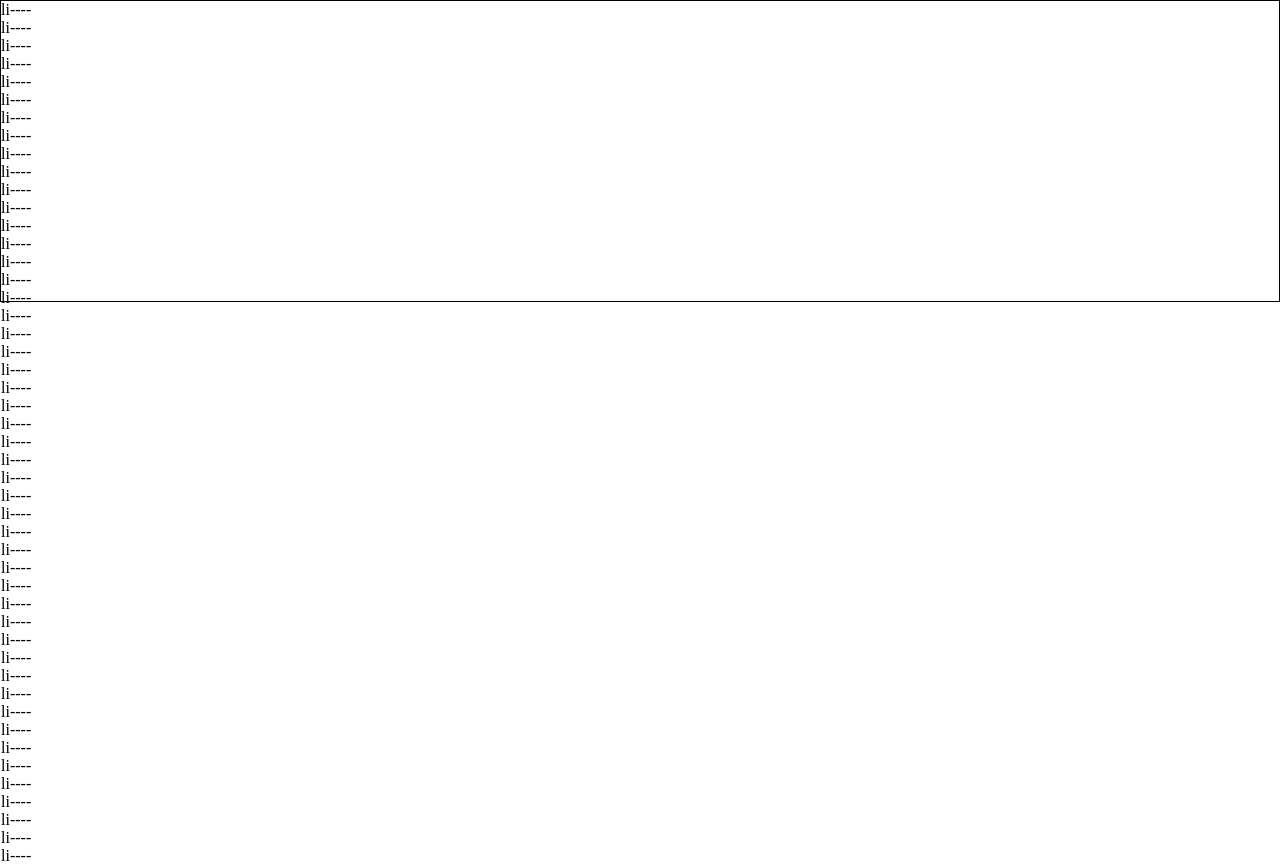
Repository: qirong77/milk-editor
Page: src/renderer/src/common/scroll.html
These files come from the project's save history. The page is drawn as it stood at one moment and after the next save; the edit follows.
The browser window is 1280 px wide. The pictures show the whole page.

Above is the page before, as saved 2022-10-23 03:15:25.

### src/renderer/src/common/scroll.html
<!DOCTYPE html>
<html lang="en">
  <head>
    <meta charset="UTF-8" />
    <meta http-equiv="X-UA-Compatible" content="IE=edge" />
    <meta name="viewport" content="width=device-width, initial-scale=1.0" />
    <title>Document</title>
  </head>
  <style>
    * {
      margin: 0;
      padding: 0;
    }
    ul {
      height: 300px;
      border: 1px solid black;
    }
  </style>
  <body>
    <ul>
      <li>li----</li>
      <li>li----</li>

      <li>li----</li>

      <li>li----</li>

      <li>li----</li>
      <li>li----</li>
      <li>li----</li>
      <li>li----</li>
      <li>li----</li>
      <li>li----</li>
      <li>li----</li>
      <li>li----</li>
      <li>li----</li>
      <li>li----</li>
      <li>li----</li>
      <li>li----</li>
      <li>li----</li>
      <li>li----</li>
      <li>li----</li>
      <li>li----</li>
      <li>li----</li>
      <li>li----</li>
      <li>li----</li>
      <li>li----</li>
      <li>li----</li>
      <li>li----</li>
      <li>li----</li>
      <li>li----</li>
      <li>li----</li>
      <li>li----</li>
      <li>li----</li>
      <li>li----</li>
      <li>li----</li>
      <li>li----</li>
      <li>li----</li>
      <li>li----</li>
      <li>li----</li>
      <li>li----</li>
      <li>li----</li>
      <li>li----</li>
      <li>li----</li>
      <li>li----</li>
      <li>li----</li>
      <li>li----</li>
      <li>li----</li>
      <li>li----</li>
      <li>li----</li>
      <li>li----</li>
    </ul>
  </body>
</html>

After the next save:
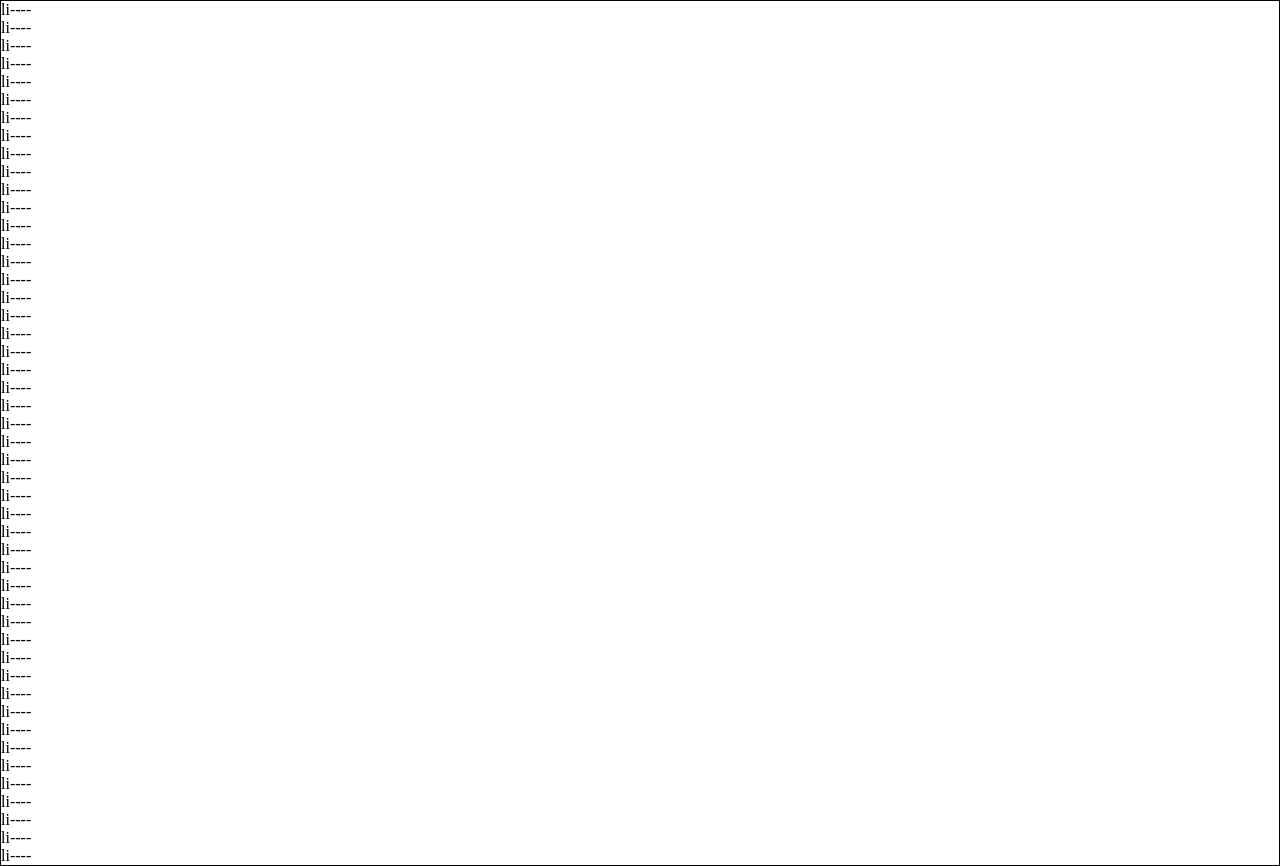
Saved 7 s later.
--- a/src/renderer/src/common/scroll.html
+++ b/src/renderer/src/common/scroll.html
@@ -12,7 +12,7 @@
       padding: 0;
     }
     ul {
-      height: 300px;
+      /* height: 300px; */
       border: 1px solid black;
     }
   </style>
